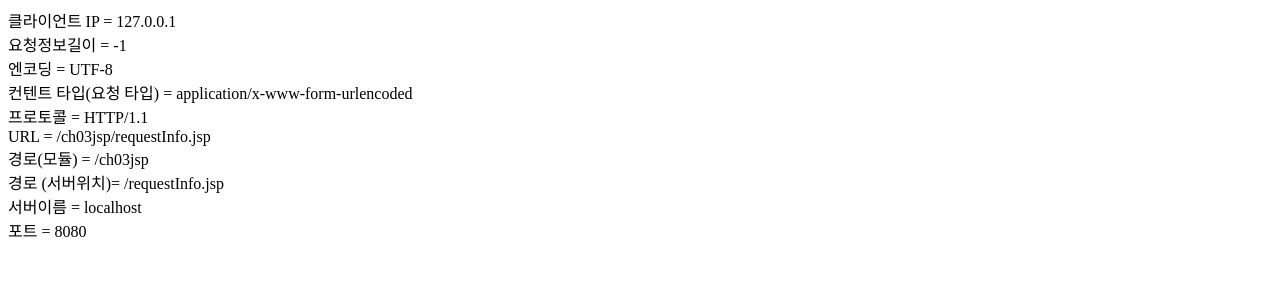
Repository: xo461/test
Page: http://localhost/ch03jsp/requestInfo.jsp
The author's editor kept a copy of each file at every save. The page is drawn from the files as they stood at one save, then again after the next save.
The browser window is 1280 px wide. The pictures show the whole page.
The page is served by Tomcat 9.

Above is the page before, as saved 2019-11-13 01:54:39.

### jsp/ch03jsp/WebContent/requestInfo.jsp
<%@ page language="java" contentType="text/html; charset=UTF-8"
    pageEncoding="UTF-8"%>
<!DOCTYPE html>
<html>
<head>
<meta http-equiv="Content-Type" content="text/html; charset=UTF-8">
<title>클라이언트 및 서버 정보 </title>
</head>
<body>
<!-- JSP 기본객체 : JSP 프로그램에서 생성을 하지 않더라도 이미 생성이 되어서 사용 할 수 있는 객체 변수 예)request -->
클라이언트 IP = <%= request.getRemoteAddr()%><br/>
<% System.out.println(request.getRemoteAddr()); %>
요청정보길이 = <%= request.getContentLengthLong() %><br/>
<!-- 한글처리 utf-8 -->
<% request.setCharacterEncoding("utf-8"); %>
엔코딩 = <%= request.getCharacterEncoding() %><br/>
컨텐트 타입(요청 타입) = <%= request.getContentType() %><br/>
프로토콜 = <%= request.getProtocol() %><br/>
URL = <%= request.getRequestURI() %><br/>
경로(모듈) = <%= request.getContextPath() %><br/>
경로 (서버위치)= <%= request.getServletPath() %><br/>
서버이름 = <%= request.getServerName() %><br/>
포트 = <%= request.getServerPort() %><br/>
</body>
</html>

After the next save:
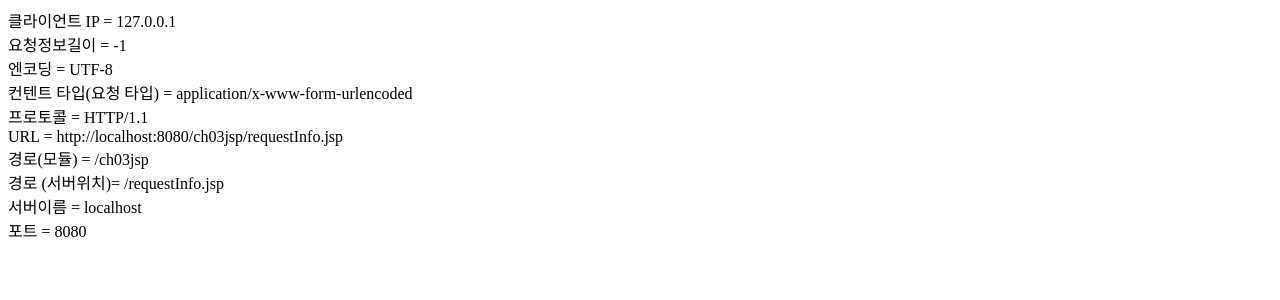
Saved 110 s later.
--- a/jsp/ch03jsp/WebContent/requestInfo.jsp
+++ b/jsp/ch03jsp/WebContent/requestInfo.jsp
@@ -16,7 +16,7 @@
 엔코딩 = <%= request.getCharacterEncoding() %><br/>
 컨텐트 타입(요청 타입) = <%= request.getContentType() %><br/>
 프로토콜 = <%= request.getProtocol() %><br/>
-URL = <%= request.getRequestURI() %><br/>
+URL = <%= request.getRequestURL() %><br/>
 경로(모듈) = <%= request.getContextPath() %><br/>
 경로 (서버위치)= <%= request.getServletPath() %><br/>
 서버이름 = <%= request.getServerName() %><br/>
